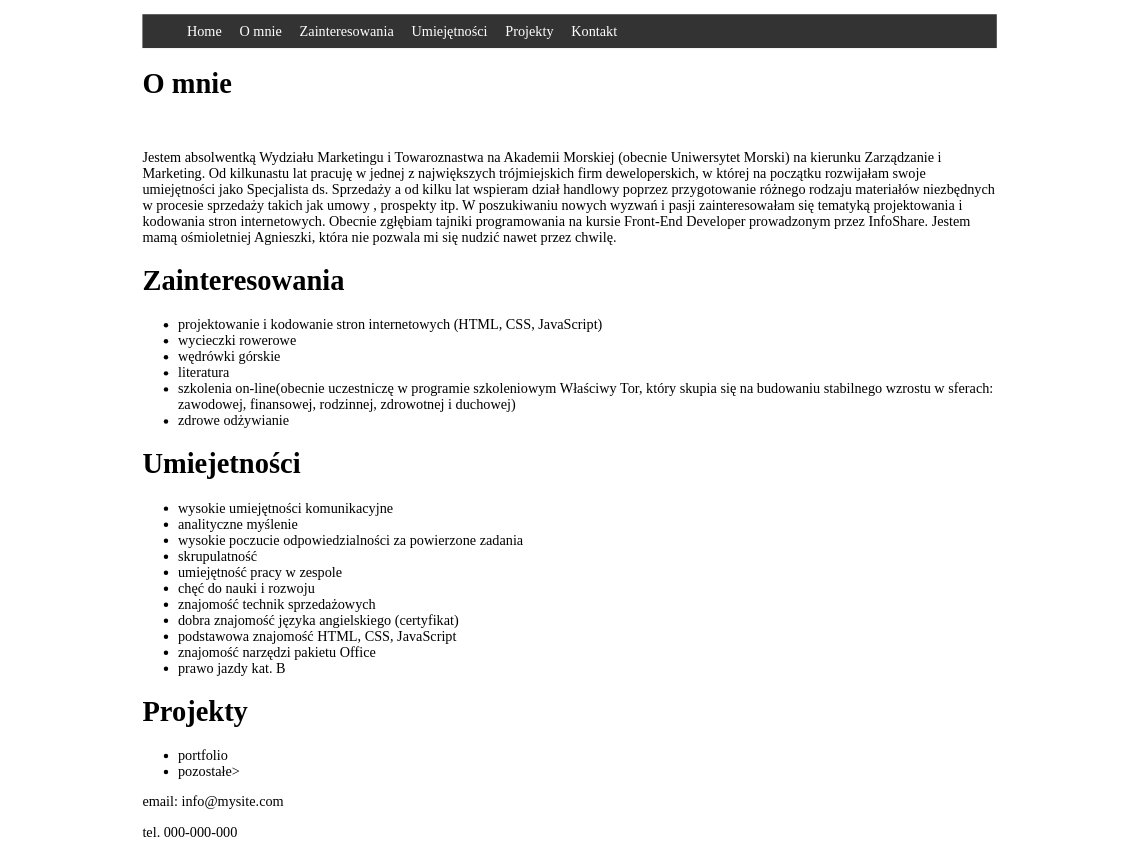
Repository: MagJaw/portfolio
Page: portfolio.html
The author's editor kept a copy of each file at every save. The page is drawn from the files as they stood at one save, then again after the next save.
The browser window is 1280 px wide. The pictures show the whole page, at 89% of full size.

Above is the page before, as saved 2018-11-11 20:39:47.

After the next save:
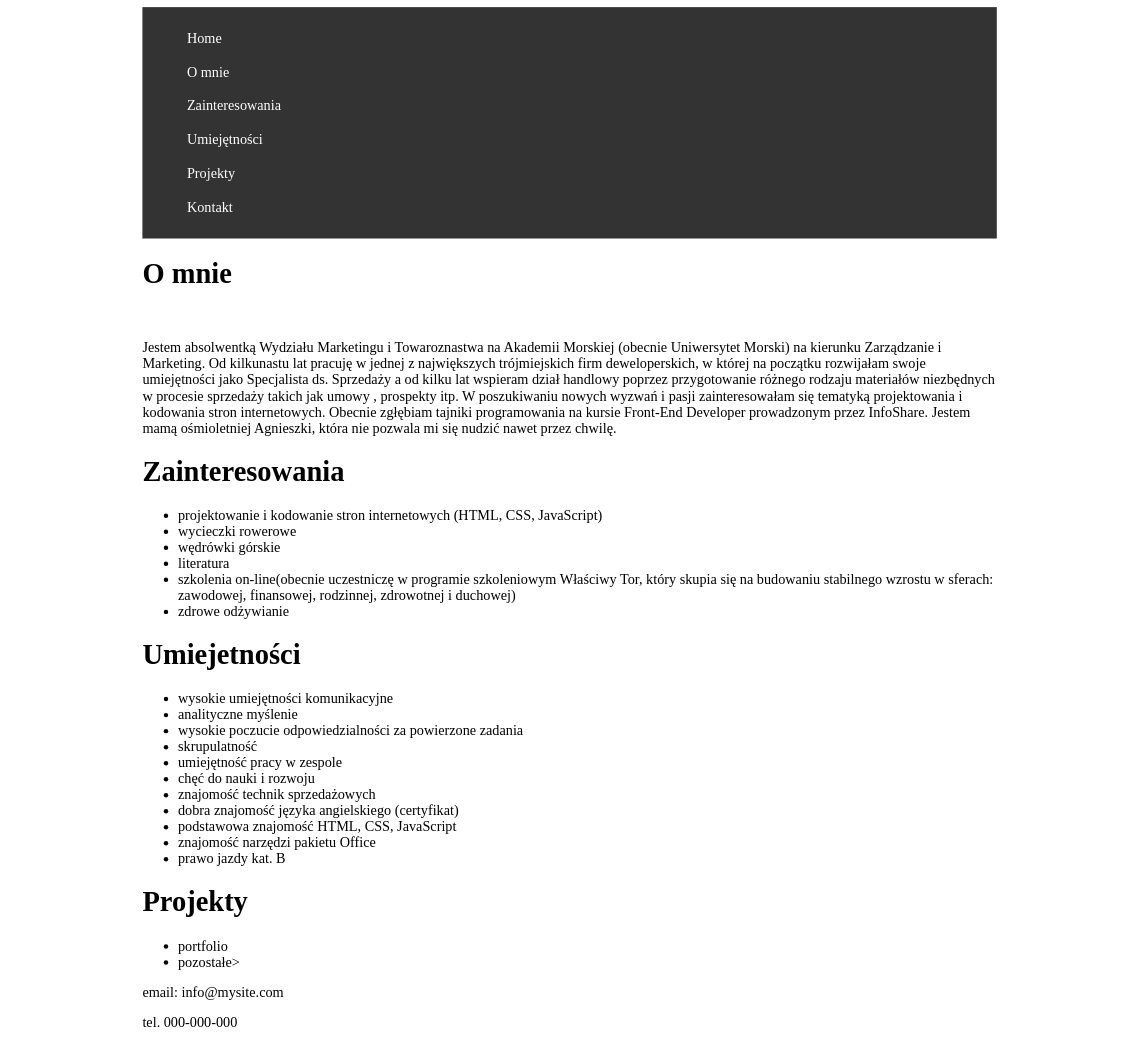
Saved 6 min 45 s later.
--- a/main.css
+++ b/main.css
@@ -26,11 +26,11 @@
 
 @media screen and (min-width: 768px){
 
-.menu {
+.menu__container {
 display: flex;
 }
 
-.menu__container a {
+.menu {
 flex: 1 1 0;
 }
 

After the 2 saves that followed:
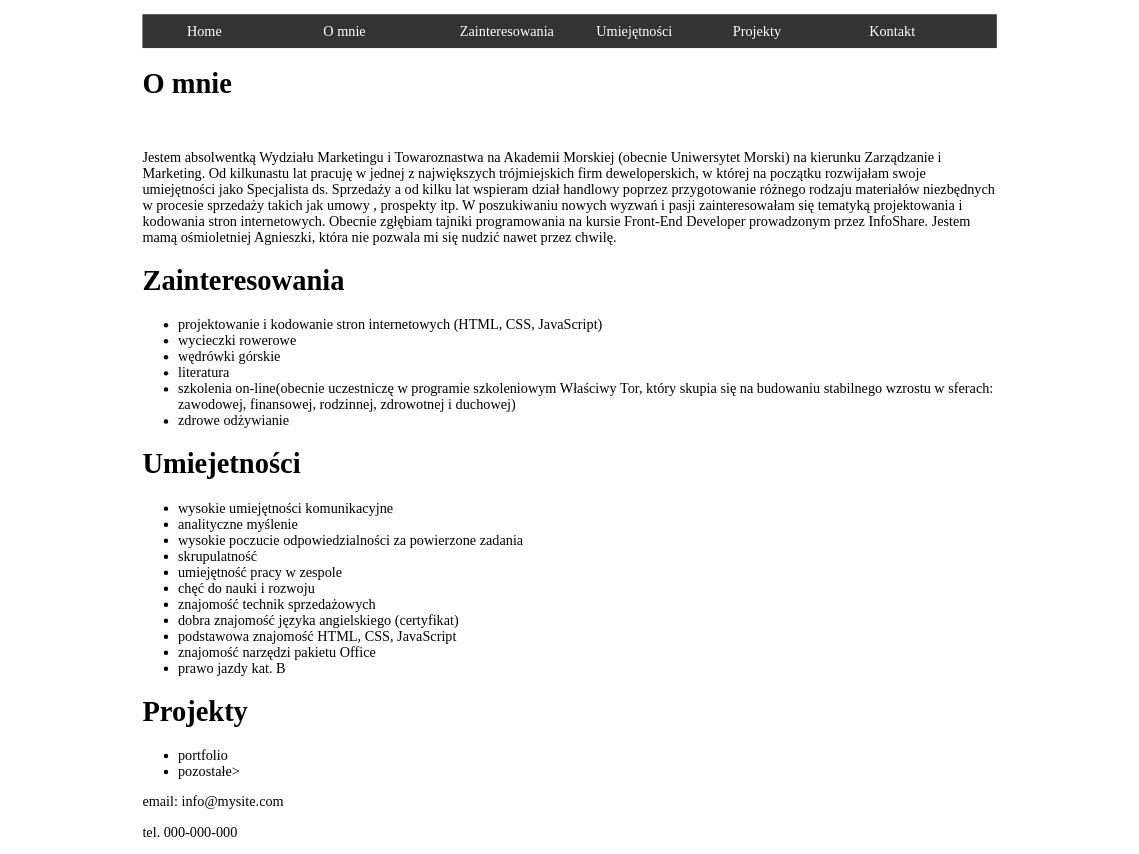
The 2 saves are shown as one change because 1 left the picture as it was.
The last was saved 2 min 53 s later.
--- a/portfolio.html
+++ b/portfolio.html
@@ -12,16 +12,16 @@
         <nav role="navigation"class="menu__container">
             <ul class="menu">
                 <li class="menu__section">
-                <a href="#section1">Home</a>
+                    <a href="#section1">Home</a>
                 </li>
                 <li class="menu__section">
                     <a href="#section2">O mnie</a>
                 </li>
                 <li class="menu__section">
-                <a href="#section3">Zainteresowania</a>
+                    <a href="#section3">Zainteresowania</a>
                 </li>
                 <li class="menu__section">
-                <a href="#section4">Umiejętności</a>
+                    <a href="#section4">Umiejętności</a>
                 </li>
                 <li class="menu__section">
                     <a href="#section5">Projekty</a>
--- a/main.css
+++ b/main.css
@@ -26,11 +26,11 @@
 
 @media screen and (min-width: 768px){
 
-.menu__container {
+.menu {
 display: flex;
 }
 
-.menu {
+.menu__section {
 flex: 1 1 0;
 }
 
